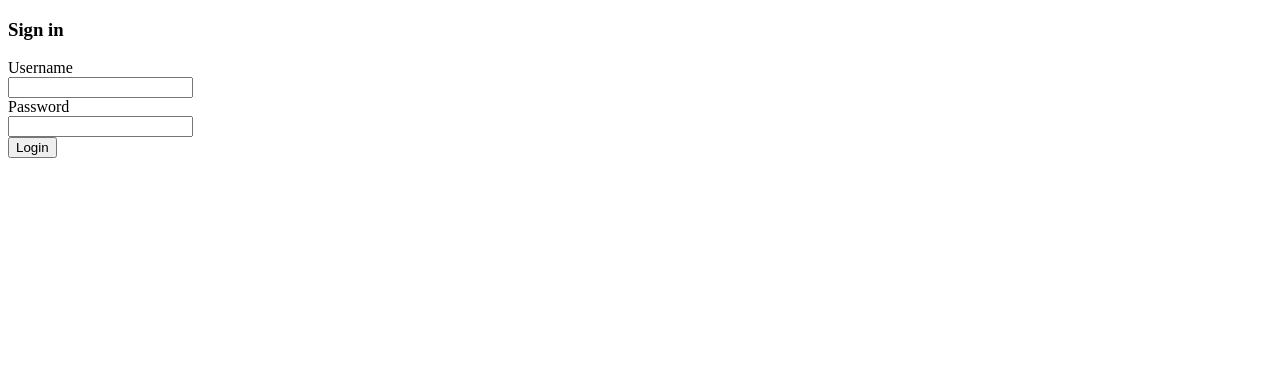
Repository: isaifahmad/PersonalEngineering
Page: java-apps/LearnServlet/WebContent/login.html
The author's editor kept a copy of each file at every save. The page is drawn from the files as they stood at one save, then again after the next save.
The browser window is 1280 px wide. The pictures show the whole page.

Above is the page before, as saved 2019-11-06 05:58:41.

### java-apps/LearnServlet/WebContent/login.html
<!DOCTYPE html>
<html>
<head>
<meta charset="UTF-8">
<title>Insert title here</title>
</head>
<body>
<h3>Sign in</h3>
<form method="get" action="ServletWithParams">
<div>
	<div>Username</div><div><input type='text' name='fname'></div>
	<div>Password</div><div><input type='password' name='lname'></div>
</div>
<div><input type='submit' value='Login'></div>
</form>
</body>
</html>

After the next save:
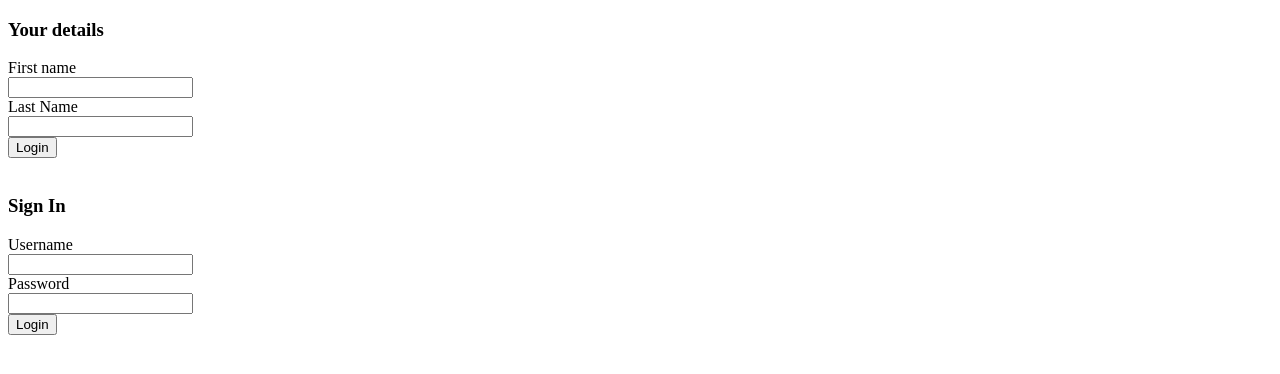
Saved 80 s later.
--- a/java-apps/LearnServlet/WebContent/login.html
+++ b/java-apps/LearnServlet/WebContent/login.html
@@ -5,7 +5,16 @@
 <title>Insert title here</title>
 </head>
 <body>
-<h3>Sign in</h3>
+<h3>Your details</h3>
+<form method="get" action="ServletWithParams">
+<div>
+	<div>First name</div><div><input type='text' name='fname'></div>
+	<div>Last Name</div><div><input type='password' name='lname'></div>
+</div>
+<div><input type='submit' value='Login'></div>
+</form>
+<br/>
+<h3>Sign In</h3>
 <form method="get" action="ServletWithParams">
 <div>
 	<div>Username</div><div><input type='text' name='fname'></div>
